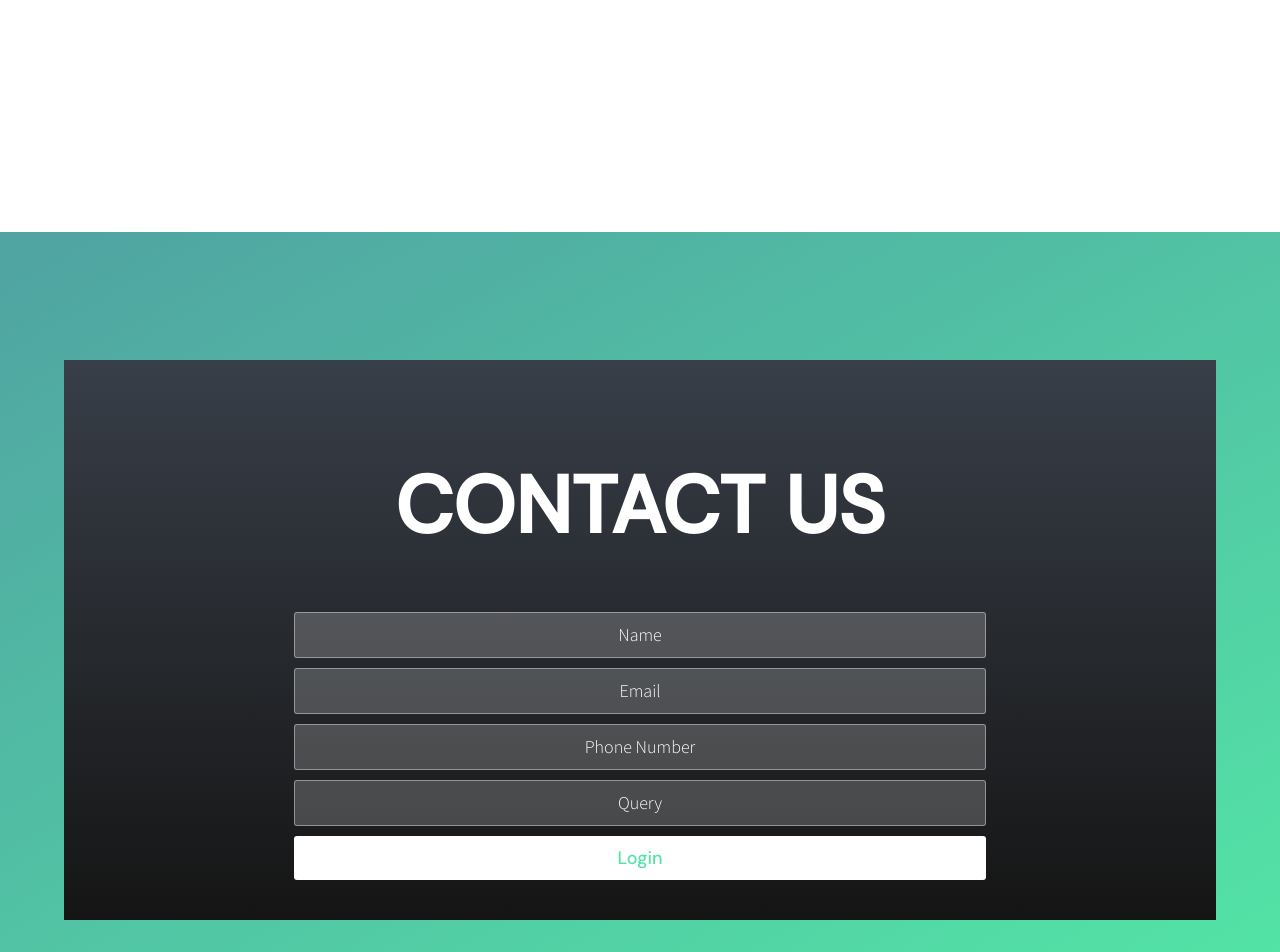
Repository: Jrap-bit/PeriodofSharing
Page: index.html
An editor plug-in stored every save of this project. The page is shown before and after the next save, followed by the edit.
The browser window is 1280 px wide. The pictures show the part of the page from y = 1325 to 2277 px (the page is 2277 px tall).

Above is the page before, as saved 2022-01-16 01:21:12.

### index.html
<!DOCTYPE html>
<html lang="en">
  <head>
    <meta charset="UTF-8" />
    <meta http-equiv="X-UA-Compatible" content="IE=edge" />
    <meta name="viewport" content="width=device-width, initial-scale=1.0" />
    <link rel="stylesheet" href="style.css" />
    <title>#PeriodofSharing</title>
  </head>
  <body>
    <nav>
      <div class="logo">
          <a href="#" class = "brand-title">Brand Name</a>
      </div>
      <ul>
          <li>
              <a href="#">Home</a>
          </li>
          <li>
              <a href="#">
              About
          </a>
          </li>
          <li>
              <a href="#">
              Contact
          </a>
          </li>
      </ul>
  </nav>
    <div id="Home" class="home">
      <h1>#PeriodofSharing</h1>
      <p>
        For every 30 Rupees that you donate, we will purchase one packet of sofy
        sanitary napkins that contain 8 pads. This packet of sanitary napkins
        will be distributed for free to girls in Govt. schools, slums,
        orphanages in the age group of 12 to 20.
      </p>
      <div>
        <a href="Donate.html"><button class="donate-button">Donate</button></a>
      </div>
    </div>
    <div id="About" class="about">
      <p>
        At any given time, girls across India cannot afford sanitary napkins.
        Instead they use cloth, grass, newspapers and other unhygienic materials
        that increase their risk of contracting infections. It is estimated that
        over 80% of all women in India do not have access to sanitary products
        during menstruation.
      </p>
      <p>
        Female menstruation is still considered a social taboo and as such, 9
        out of 10 girls are unaware of their menstrual cycles. The ones who are
        aware of it are not open to talking about it.
      </p>
      <p>
        Those who purchase their own sanitary products are all too familiar with
        their products being wrapped in paper to “shield” the public from any
        knowledge of the existence of a period.
      </p>
      <p>
        Our mission is to raise awareness on gender issues and bring it out in
        the open. Through our programs, we teach young girls that their
        menstrual cycles are natural, a sign of good reproductive health and is
        something they have in common with girls in countries worldwide!
        Furthermore, we hold sessions with the mothers of the girls to bring the
        topic of menstruation out into the open, allow them to ask questions and
        look at menstruation for the natural and healthy process it is.
      </p>
    </div>
    <div class="contact" id="Contact">
      <div class="wrapper">
        <div class="container">
          <form class="form">
            <h1 class="form-header">CONTACT US</h1>
            <input type="text" placeholder="Name" />
            <input type="text" placeholder="Email" />
            <input type="text" placeholder="Phone Number" />
            <input type="text" placeholder="Query" />
            <button type="submit" id="login-button">Login</button>
          </form>
        </div>
      </div>
    </div>
  </body>
</html>

### style.css
@import url('https://fonts.googleapis.com/css2?family=DM+Sans:wght@500&display=swap');
@import url('https://fonts.googleapis.com/css2?family=Bebas+Neue&family=Lobster&family=Permanent+Marker&display=swap');
@import url('https://fonts.googleapis.com/css?family=Source+Sans+Pro:200,300');


* {
    box-sizing: border-box;
    font-family: 'DM Sans', sans-serif;
    font-weight: 300;
}

body {
    margin: 0;
    padding: 0;
    font-family: 'Source Sans Pro', sans-serif;
	 color: black;
	 font-weight: 300;
}

body ::-webkit-input-placeholder {
    font-family: 'Source Sans Pro', sans-serif;
    color: white;
    font-weight: 300;
}
body :-moz-placeholder {
    font-family: 'Source Sans Pro', sans-serif;
    color: white;
    opacity: 1;
    font-weight: 300;
}
body ::-moz-placeholder {
    font-family: 'Source Sans Pro', sans-serif;
    color: white;
    opacity: 1;
    font-weight: 300;
}
body :-ms-input-placeholder {
    font-family: 'Source Sans Pro', sans-serif;
    color: white;
    font-weight: 300;
}
.wrapper {
    background: #50a3a2;
    background: -webkit-linear-gradient(top left,#50a3a2 0%,#53e3a6 100%);
    background: -moz-linear-gradient(top left,#50a3a2 0%,#53e3a6 100%);
    background: -o-linear-gradient(top left,#50a3a2 0%,#53e3a6 100%);
    background: linear-gradient(to bottom right,#50a3a2 0%,#53e3a6 100%);
    position: absolute;
    left: 0;
    width: 100%;
    height: 100vh;
    overflow: hidden;
}
.wrapper.form-success .container h1 {
    transform: translateY(85px);
}
.container {
    max-width: 90%;
    margin: 10% auto;
    padding: 0px 0;
    height: 50%;
    text-align: center;
}

.form-header{
    font-family: 'DM Sans', sans-serif;
    color: #fff;
    font-weight: 600;
    font-size: 5rem;
}

form {
    display:flexbox;
    justify-content: center;
    align-items: center;
    background: linear-gradient(rgba(51, 58, 69, 0.9), rgba(0, 0, 0, 0.8)), #686868;
    padding: 40px 0;
    position: relative;
    z-index: 2;
}
form input {
    display: block;
    appearance: none;
    outline: 0;
    border: 1px solid rgba(255,255,255,0.4);
    background-color: rgba(255,255,255,0.2);
    width: 60%;
    border-radius: 3px;
    padding: 10px 15px;
    margin: 0 auto 10px auto;
    text-align: center;
    font-size: 18px;
    color: white;
    transition-duration: 0.25s;
    font-weight: 300;
}
form input:hover {
    background-color: rgba(255,255,255,0.4);
}
form input:focus {
    background-color: white;
    width: 80%;
    color: #53e3a6;
}
form button {
    appearance: none;
    outline: 0;
    background-color: white;
    border: 0;
    padding: 10px 15px;
    color: #53e3a6;
    border-radius: 3px;
    width: 60%;
    cursor: pointer;
    font-size: 18px;
    transition-duration: 0.25s;
}
form button:hover {
    background-color: #f5f7f9;
}

html{
    scroll-behavior: smooth;
}

.donate-button{
    appearance: none;
    outline: 0;
    background-color: white;
    border: 0;
    padding: 10px 15px;
    color: #53e3a6;
    border-radius: 3px;
    width: 250px;
    cursor: pointer;
    font-size: 18px;
    transition-duration: 0.25s;
}
.donate-button:hover{
    background-color: #f5f7f9;
}

.brand-title{
    font-family: 'Lobster', cursive;
    font-size: 3rem;
    margin: 10px 50px;
    margin-bottom: 15px;
    margin-left: 2%;

}

nav a{
    text-decoration: none;
    color: white;
}
nav a::after{
    text-decoration: none;
}

nav {
    padding-left: 100px;
    padding-right: 100px;
}

nav,
nav ul {
    display: flex;
    justify-content: space-around;
    align-items: center;
    width: 100%;
}

nav {
    background-color: #283646;
    height: 80px;
}

nav ul li {
    font-size: 1.3rem;
    font-family: 'Montserrat', sans-serif;
    list-style-type: none;
}

nav ul li a {
    text-decoration: none;
    color: white;
}

nav ul li a:hover {
    color: yellowgreen;
}

@media only screen and (max-width: 768px) {
    nav {
        padding: unset !important
    }
}

@media only screen and (max-width: 576px) {
    nav,
    nav ul {
        height: auto;
        display: flex;
        flex-flow: column wrap;
    }
    nav ul li {
        width: 100%;
    }
    nav ul li a {
        width: 100%;
        display: flex;
        align-items: center;
        justify-content: center;
        width: 100%;
        height: 50px;
    }
    nav ul li a:hover {
        color: white;
        background-color: yellowgreen;
    }
}


.about{
    height: 100vh;

}

.home{
    height: 100vh;
    background: url("https://csrbox.org/full_stories_img/1528786858Sanitary%20Pad%20Donation%20(8).JPG");
    filter: brightness(40%)
}

After the next save:
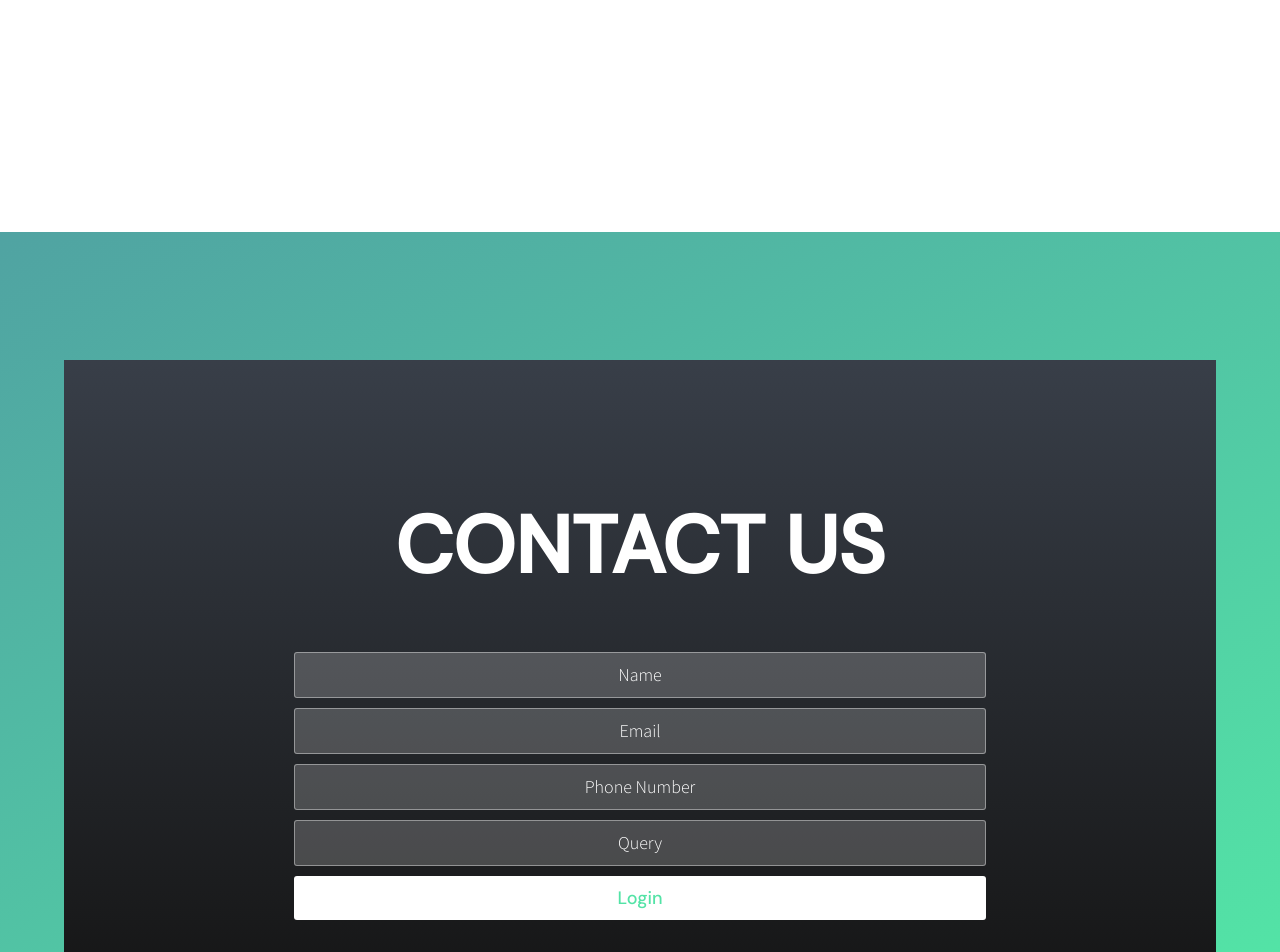
Saved 6 s later.
--- a/style.css
+++ b/style.css
@@ -74,7 +74,7 @@ form {
     justify-content: center;
     align-items: center;
     background: linear-gradient(rgba(51, 58, 69, 0.9), rgba(0, 0, 0, 0.8)), #686868;
-    padding: 40px 0;
+    padding: 80px 0;
     position: relative;
     z-index: 2;
 }
